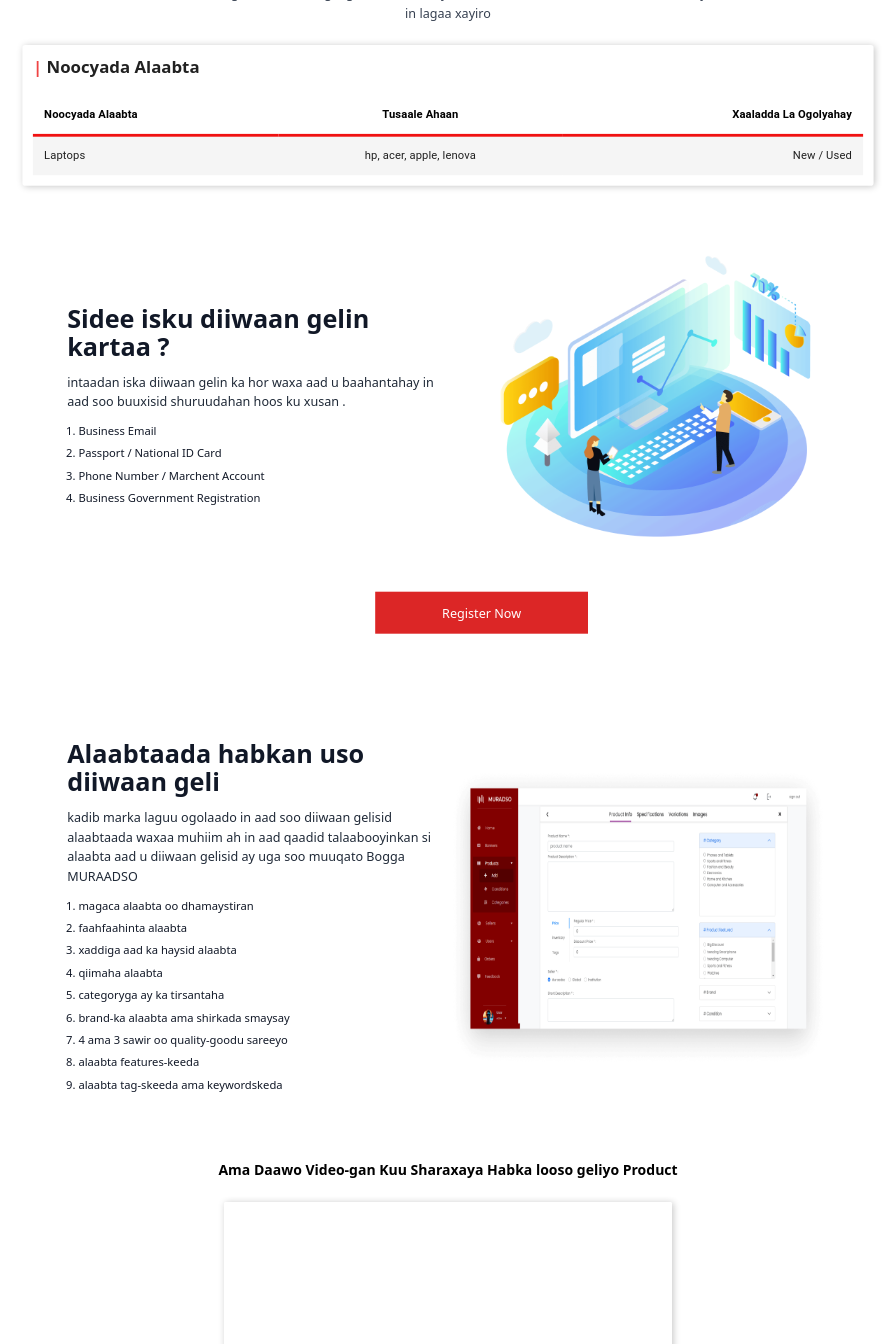
Repository: muraadso/Muraadso-Sellers
Page: /
These files come from the project's save history. The page is drawn as it stood at one moment and after the next save; the edit follows.
The browser window is 1280 px wide. The pictures show the part of the page from y = 3316 to 5236 px (the page is 7531 px tall before and 7978 px after), at 70% of full size.
The project was rebuilt for these pictures with package versions that can differ from the ones it lists, and the page was loaded fresh each time. The framework's server and built-in components were replaced by stand-ins that run in the browser. Also part of the build but not shown: next.config.js.

Above is the page before, as saved 2021-12-11 11:06:28.

### pages/_app.js
import '../styles/globals.css'
 import 'tailwindcss/tailwind.css'
import { Layout } from '../components/Layout'


function MyApp({ Component, pageProps }) {
  return (
    <Layout>
      <Component {...pageProps} />
    </Layout>
  )
}

export default MyApp

### styles/globals.css
@import url('https://fonts.googleapis.com/css2?family=Lato:ital,wght@0,300;0,400;0,700;0,900;1,700&family=Poppins:wght@200;300;400;500;600;700&display=swap');
html,
body {
  padding: 0 ;
  margin: 0;
  overflow-x: hidden !important;
  scroll-behavior: smooth;
}

a {
  color: inherit;
  text-decoration: none;
}

* {
  box-sizing: border-box;
}


.navbar {
  box-shadow: 2px 1px 7px rgba(0, 0, 0, 0.226);
  font-family: 'Poppins', sans-serif  ;
  font-weight: 500;

}
  .logo{
    font-family: 'Lato', sans-serif;
    font-weight: 700;
    color: rgb(233, 59, 59);
    font-size: 20px ;
  }
  .how-card{
    position: relative;
    box-shadow: 0 2px 10px rgba(0, 0, 0, 0.336) ;
  }
  .regimage{
    height: 500px;

  }
  .react-player {
    background-color: white !important;
    padding: 10px;
    box-shadow: 2px 1px 11px rgba(0, 0, 0, 0.226);
    border-radius: 2px;
  }
  .player-wrapper{
    overflow-x: hidden !important;
    /* width: 100% !important; */
  }


  .formcontainer{
    box-shadow: 2px 1px 11px rgba(0, 0, 0, 0.226);

  }



@media screen and  (max-width: 768px){
  .nav{
    padding-top: 40px;
    display: flex;
    flex-direction: column;

  }

  .how-card{
  margin-bottom: 25px;
}

.tablle{
  margin-bottom: 90px;
}
.tablle2{

}
 TableContainer{
   background-color: red;
   display: hidden;
 }
 .regimage{
    max-height: 300px;

  }
  .formcontainer{
    min-width: 110%;
  }

}




@tailwind base;
@tailwind components;
@tailwind utilities

### components/Hero.jsx
const Hero = () => {
    return (
        <div className="md:grid-cols-2 md:grid md:mt-11 hero">
                <div className="md:px-16 md:py-36 py-11 herotxt">
                    <h6 className="px-2 font-medium text-gray-500">ku iibi muraadso</h6>
                    <h1 className="my-5 text-3xl font-bold text-gray-800 capitalize md:font-bold md:text-gray-800 md:capitalize lg:text-6xl">sidee ugu iibin krtaa <br /> alaabtaada <span  className="text-red-600 md:text-red-600">muraadso</span></h1>

                    <p className="text-gray-700 md:text-left">
                         Whether you’ve already got an established e-commerce business , a great idea for a new product, or you just have a passion for selling, here’s how to take that next step with Muraadso </p>
                </div>

                <div className="heroimg">
                    <img className="w-4/4 "  src="/images/heroimage.png" alt="heroimage" />
                </div>
        </div>
    )
}

export default Hero

### components/About.jsx

const About = () => {
    return (
        <div className="mt-32">
            <h1 className="text-3xl font-bold text-center">Ku Iibso Muraadso</h1>
            <div className="gap-0 md:px-16 md:grid-cols-2 md:grid about-content">
                <div className="mt-12 aboutimg">
                  <img src="/images/aboutimage.png" className="md:h-96" alt="about image" />
                </div>
                <div className="md:mt-20 mt-11 about-text">
                    <p className="text-xl text-justify">
                        Muraadso waa hogaanka suuqa casriga ee online waana suuq aad ku iibin kartid alaabtaada, ahaw ganacsade alaabta sameeya, mid soo dajiya, si fudud ayaad ugu iibin kartaa suuqa casriga muraadso, sidoo kale ka mid noqo ganacsiyada shabakada internet ku iibiya alaabaha adiga oon ku kharash badan galin, kana faa’idaysanaya khubarada team ka muraadso helayana tobabaro iyo caawimo sidaad ugu iibin lahayd muraadso dhexdeeda Ku dhex iibta muraadso waa wax fudud sidoo kalena kharash yari kaaga bixi karo ama wax kharash ahi kaa baxayn, kaliya waxa lagaaga bahanyay in aad is diwaan galisid, kuna gurtid alaabta aad haysid online shirkada sidaana aad ku bilawdid iibka alaabtaada....<span className="text-red-600">Read More</span>
                    </p>
                </div>


            </div>
        </div>
    )
}

export default About

### components/Howtoreg.jsx
const Howtoreg = () => {
  return (
    <div className="flex flex-col md:p-16 howtoreg mb-11 md:mb-6 ">
      <div className="grid items-center justify-between md:grid-cols-2 registerdoc">
        <div className="space-y-4 regcontent">
          <h1 className="text-xl font-bold text-gray-900 md:text-4xl">Sidee isku diiwaan gelin kartaa ?</h1>
          <p className="text-lg text-gray-800 ">intaadan iska diiwaan gelin ka hor waxa aad u baahantahay in aad
            soo buuxisid shuruudahan hoos ku xusan .</p>
            <ol className="ml-4 space-y-2 font-medium text-gray-900 list-decimal">
              <li>Business Email</li>
              <li>Passport / National ID Card</li>
              <li>Phone Number / Marchent Account </li>
              <li>Business Government Registration</li>
            </ol>
        </div>
        <div className="flex items-center justify-end regimage">
          <img className="regimage" src="/images/registrationn.png" alt="" />
        </div>

      </div>
      <div className="flex flex-col items-center justify-center space-y-4 md:space-x-24 md:flex-row acceptterms">
        <div className="flex flex-row items-center justify-center check">
        </div>
        <div className="items-center justify-center text-center">
        <button className="items-center justify-center px-24 py-3 text-sm text-white bg-red-600 md:text-center md:text-lg md:px-24 md:py-4 ">Register Now</button>
        </div>
      </div>


    </div>
  )
}

export default Howtoreg

### components/Whatsell.jsx
import * as React from 'react';
import { styled } from '@mui/material/styles';
import Table from '@mui/material/Table';
import TableBody from '@mui/material/TableBody';
import TableCell, { tableCellClasses } from '@mui/material/TableCell';
import TableContainer from '@mui/material/TableContainer';
import TableHead from '@mui/material/TableHead';
import TableRow from '@mui/material/TableRow';
import Paper from '@mui/material/Paper';

const StyledTableCell = styled(TableCell)(({ theme }) => ({

  [`&.${tableCellClasses.head}`]: {
    backgroundColor: theme.palette.common.white,
    color: theme.palette.common.black,
    borderBottom: '4px solid rgb(240, 17, 17)' ,
    fontSize: '16px',
    fontWeight: '600',

  },
  [`&.${tableCellClasses.body}`]: {
    fontSize: 16,
  },
}));

const StyledTableRow = styled(TableRow)(({ theme }) => ({
  '&:nth-of-type(odd)': {
    backgroundColor: theme.palette.action.hover,


  },
  // hide last border
  '&:last-child td, &:last-child th': {
    border: 0,
  },
}));





function createData(noocaAlaabta, tusaale, xaaladda) {
  return { noocaAlaabta, tusaale, xaaladda };
}

const rows = [
  createData('Laptops', 'hp, acer, apple, lenova ', 'New / Used'),
  createData('Laptops', 'hp, acer, apple, lenova ', 'New / Used'),
  createData('Laptops', 'hp, acer, apple, lenova ', 'New / Used'),
  createData('Laptops', 'hp, acer, apple, lenova ', 'New / Used'),
  createData('Laptops', 'hp, acer, apple, lenova ', 'New / Used'),
  createData('Laptops', 'hp, acer, apple, lenova ', 'New / Used'),
  createData('Laptops', 'hp, acer, apple, lenova ', 'New / Used'),
  createData('Laptops', 'hp, acer, apple, lenova ', 'New / Used'),
  createData('Laptops', 'hp, acer, apple, lenova ', 'New / Used'),

];
const rows2 = [
    createData('Laptops', 'hp, acer, apple, lenova ', 'New / Used'),



];

export default function Whatsell() {
  return (
      <>
    <div className="flex flex-col items-center md:justify-center md:mb-36 tablle mb-11">
                <h1 className="text-xl font-bold text-center text-gray-900 md:text-3xl">Alaab Nocee ah ayaad iibin kartaa ?</h1>
                <p className="max-w-3xl mb-8 text-sm text-center text-gray-700 md:text-lg">Waxay ku xirantahy alaabta noceeda, xaaladda alaabta, Category-ga, iyo Brand-ka .
                table-ka hoos ku xusan waxa uu kutusayaa Categoriyada shirkaddu ay ogoshahay iibintooda
                iyo kuwa aysan ogolayn xaaladaha lagu iibinkaro </p>

            <TableContainer className="mw-screen-lg TableContainer" component={Paper} sx={{ padding: "15px", minWidth: 380 , maxWidth: 1500, boxShadow: '2px 1px 11px rgba(0, 0, 0, 0.226)' }}>
        <h1 className="mb-6 text-2xl font-bold "> <span className="font-black text-red-500 ">|</span> Noocyada Alaabta</h1>
      <Table sx={{ minWidth: 500 }} aria-label="customized table">
        <TableHead>
          <TableRow>
            <StyledTableCell>Noocyada Alaabta</StyledTableCell>
            <StyledTableCell align="center"> Tusaale Ahaan</StyledTableCell>
            <StyledTableCell align="right">Xaaladda La Ogolyahay</StyledTableCell>
          </TableRow>
        </TableHead>
        <TableBody>
          {rows.map((row) => (
            <StyledTableRow key={row.noocaAlaabta} sx={{backgroundColor: 'white'}}>
              <StyledTableCell component="th" scope="row">
                {row.noocaAlaabta}
              </StyledTableCell>
              <StyledTableCell   align="center">{row.tusaale}</StyledTableCell>
              <StyledTableCell align="right">{row.xaaladda}</StyledTableCell>
            </StyledTableRow>
          ))}
        </TableBody>
      </Table>
    </TableContainer>

    </div>

    <div className="flex flex-col items-center md:justify-center tablle ">
               <h1 className="text-xl font-bold text-center text-gray-900 md:text-3xl">Alaab Nocee ah ayaadan iibin karin ?</h1>
            <p className="max-w-3xl mb-8 text-sm text-center text-gray-700 md:text-lg">Dhamaan alaabta hoos ku xusan ma aha alaab laga ogol yahay shirkadda
                ama aad soo diiwaan galin kartid si lagaaga iibsado waxayna dhibaato
                ku keeni kartaa koontadaada iyo in lagaa xayiro</p>

            <TableContainer className="mw-screen-lg TableContainer" component={Paper} sx={{ padding: "15px", minWidth: 370 , maxWidth: 1500, boxShadow: '2px 1px 11px rgba(0, 0, 0, 0.226)' }}>
        <h1 className="mb-6 text-2xl font-bold "> <span className="font-black text-red-500 ">|</span> Noocyada Alaabta</h1>
      <Table sx={{ minWidth: 500 }} aria-label="customized table">
        <TableHead>
          <TableRow>
            <StyledTableCell>Noocyada Alaabta</StyledTableCell>
            <StyledTableCell align="center"> Tusaale Ahaan</StyledTableCell>
            <StyledTableCell align="right">Xaaladda La Ogolyahay</StyledTableCell>
          </TableRow>
        </TableHead>
        <TableBody>
          {rows2.map((row) => (
            <StyledTableRow key={row.noocaAlaabta} sx={{backgroundColor: 'white'}}>
              <StyledTableCell component="th" scope="row">
                {row.noocaAlaabta}
              </StyledTableCell>
              <StyledTableCell   align="center">{row.tusaale}</StyledTableCell>
              <StyledTableCell align="right">{row.xaaladda}</StyledTableCell>
            </StyledTableRow>
          ))}
        </TableBody>
      </Table>
    </TableContainer>

    </div>


     </>
  );
}

### components/Howtolist.jsx
import ReactPlayer from 'react-player'


const Howtoreg = () => {
  return (
    <div className="flex flex-col space-y-11 md:space-y-24 md:p-16 howtoreg">
      <div className="grid items-center justify-between md:grid-cols-2 registerdoc">
        <div className="space-y-4 regcontent">
          <h1 className="text-xl font-bold text-gray-900 md:text-4xl">Alaabtaada habkan uso diiwaan geli</h1>
          <p className="text-lg text-gray-800 ">kadib marka laguu ogolaado in aad soo diiwaan gelisid alaabtaada
waxaa muhiim ah in aad qaadid talaabooyinkan si alaabta aad
u diiwaan gelisid ay uga soo muuqato Bogga MURAADSO</p>
            <ol className="ml-4 space-y-2 font-medium text-gray-900 list-decimal">
              <li>magaca alaabta oo dhamaystiran</li>
              <li>faahfaahinta alaabta </li>
              <li>xaddiga aad ka haysid alaabta </li>
              <li>qiimaha alaabta </li>
              <li>categoryga ay ka tirsantaha</li>
              <li>brand-ka alaabta ama shirkada smaysay</li>
              <li>4 ama 3 sawir oo quality-goodu sareeyo</li>
              <li>alaabta features-keeda</li>
              <li>alaabta tag-skeeda ama keywordskeda</li>
            </ol>
        </div>
        <div className="flex items-center justify-end regimage">
          <img className="regimage" src="/images/dashboard.png" alt="" />
        </div>

      </div>

      <div className="flex flex-col items-center justify-center space-y-6 watch">
          <h1 className="text-lg font-medium text-center md:font-bold md:text-xl ">Ama Daawo Video-gan Kuu Sharaxaya Habka looso geliyo Product</h1>
         <div className='flex items-center justify-center w-screen p-2 overflow-x-hidden mx-11 player-wrapper'>
        <ReactPlayer
          className=' react-player'
          url='hhttps://www.youtube.com/watch?v=qS5MdsgyWb4&t=5s'
        style={{
            backgroundColor: '#ff0000'
        }}

        />
      </div>
      </div>




    </div>
  )
}

export default Howtoreg

### components/Reg.jsx
import TextField from '@mui/material/TextField';
import Checkbox from '@mui/material/Checkbox';
import FormControlLabel from '@mui/material/FormControlLabel';



const Reg = () => {
    return (
        <div className="container flex flex-col items-center justify-center md:w-screen md:px-11 mb-36 ">
            <h1 className="text-lg font-bold text-center md:text-3xl ">Nagu Soo Biir Macmiil</h1>
            <div className="flex flex-col items-center justify-center py-10 mt-24 bg-white rounded md:w-9/12 md:px-11 space-y-7 formcontainer">
            <h1 className="text-lg font-bold text-center md:text-3xl ">Is Diiwaan Geli</h1>
                <div className="grid w-5/6 grid-cols-1 md:grid-cols-2 gap-x-6 gap-y-7 form">
                  <TextField id="outlined-basic" label="First Name" variant="outlined" />
                  <TextField id="outlined-basic" label="Last Name" variant="outlined" />
                  <TextField id="outlined-basic" label="Magaalada" variant="outlined" />
                  <TextField id="outlined-basic" label="Address" variant="outlined" />
                  <TextField type="number" id="outlined-basic" label="Phone Number" variant="outlined" />
                  <TextField id="outlined-basic" label="Magaca Ganasiga" variant="outlined" />
                  <TextField id="outlined-basic" label="Noca Ganasiga" variant="outlined" />
                </div>

                <div className="flex flex-col items-center justify-center text-center">
                    <FormControlLabel className="mb-2" control={<Checkbox />} label="I accept the privacy and policy" />
                   <button
                    className="items-center justify-center px-24 py-3 text-sm text-white bg-red-600 md:text-center md:text-lg md:px-24 md:py-4 ">
                        Register Now
                    </button>
        </div>
            </div>





        </div>
    )
}

export default Reg

### components/Navbar.jsx
import React, { useState } from "react";
import { HiOutlineMenuAlt2, HiOutlineMenuAlt3 } from "react-icons/hi";



export default function Navbar() {
  const [showNav, setShowNav] = useState(false);

  return (
    <nav className="sticky top-0 z-20 items-center justify-between bg-white px-14 md:px-24 md:py-3 navbar md:flex">
      <div className="flex items-center justify-between">
        <a href="#">
          <h2>Muraadso</h2>
        </a>


        {showNav ? (
          <HiOutlineMenuAlt3
            onClick={() => setShowNav(!showNav)}
            className="block w-10 h-10 p-2 cursor-pointer md:hidden" />

        ) : (
          <HiOutlineMenuAlt2
            onClick={() => setShowNav(!showNav)}
            className="block w-10 h-10 p-2 cursor-pointer md:hidden"
          />
        )}
      </div>

      <ul
        className={
          (showNav ? "left-0" : "-left-full") +
          " md:static fixed bottom-0 md:ml-24 top-14 md:flex md:space-x-6 items-center md:bg-transparent bg-gray-700 rounded md:rounded-none md:bg-white bg-opacity-90 md:w-auto w-10/12 md:text-gray-800 text-white  md:space-y-0 space-y-5 p-2 transition-left nav"
        }
      >
        <a href="#"> Home</a>
        <a href="#"> About</a>
        <a href="#"> Doc</a>
        <a href="#"> Contact Us</a>
      <a className="px-4 py-2 text-white bg-red-600 rounded" href="">Signup</a>
      </ul>
    </nav>
  );
}

























// const Navbar = () => {
//     return (
//         <div>
//      <div className="sticky top-0 z-20 items-center justify-between bg-white md:flex navbar">
//          <a className="logo" href="#">Muraadso</a>
//          <nav className="fixed bottom-0 items-center w-10/12 p-2 space-y-5 text-white bg-gray-500 md:static top-12 md:flex md:space-x-7 md:bg-transparent bg-opacity-90 md:w-auto md:text-gray-500 md:space-y-0 transition-left nav">
//              <a className="hover:text-red-600" href="">Home</a>
//              <a className="hover:text-red-600" href="">About</a>
//              <a className="hover:text-red-600" href="">Doc</a>
//              <a className="hover:text-red-600" href="">Contact Us</a>
//          </nav>
//          <a href="#" className="px-4 py-2 text-white bg-red-600 rounded hover:bg-red-700 signup ">Signup</a>
//      </div>

//         </div>
//     )
// }

// export default Navbar

### components/Footer.jsx
import FacebookIcon from '@mui/icons-material/Facebook';
import InstagramIcon from '@mui/icons-material/Instagram';
import YouTubeIcon from '@mui/icons-material/YouTube';
import Divider from '@mui/material/Divider';
import CopyrightIcon from '@mui/icons-material/Copyright';





const Footer = () => {
    return (
        <div className="px-2 py-8 border md:px-24 md:py-16 bg-gray-50 space-y-7">
            <div className="flex flex-col items-center justify-between space-y-4 md:flex-row upper md-space-y-0">

            <div className="flex items-center space-x-5 md:space-x-7 justify-items-start footercontent">
                <a href="#">About Us</a>
                <a href="#">How it Works</a>
                <a href="#">Nagu Dooro</a>
                <a href="#">Register</a>

            </div>

            <div className="footericons space-x-7">
                <FacebookIcon sx={{ fontSize: 30, color: "#ff5e5b" }} />
                <InstagramIcon sx={{ fontSize: 30, color: "#ff5e5b" }} />
                <YouTubeIcon sx={{ fontSize: 30, color: "#ff5e5b" }} />
            </div>

            </div>
            <Divider className="text-red-600">Muraadso.com</Divider>

            <div className="flex flex-col items-center justify-between space-y-3 md:space-y-0 md:flex-row bottom">
                <a href="#"> <CopyrightIcon className="items-center" sx={{fontSize: 15}} /> 2021 Muraadso.All rights reserved. </a>
                <div className="space-x-8 term">
                <a href="#">Privacy Policy</a>
                <a href="#">Terms Of Service</a>
                </div>


            </div>

        </div>
    )
}

export default Footer

Loaded but not shown: styles/Home.module.css (common file); pages/index.js (32 lines, source omitted); tailwind.config.js (18 lines, source omitted); components/Layout.js (15 lines, source omitted); components/Whyus.jsx (70 lines, source omitted); components/How.jsx (66 lines, source omitted)

After the next save:
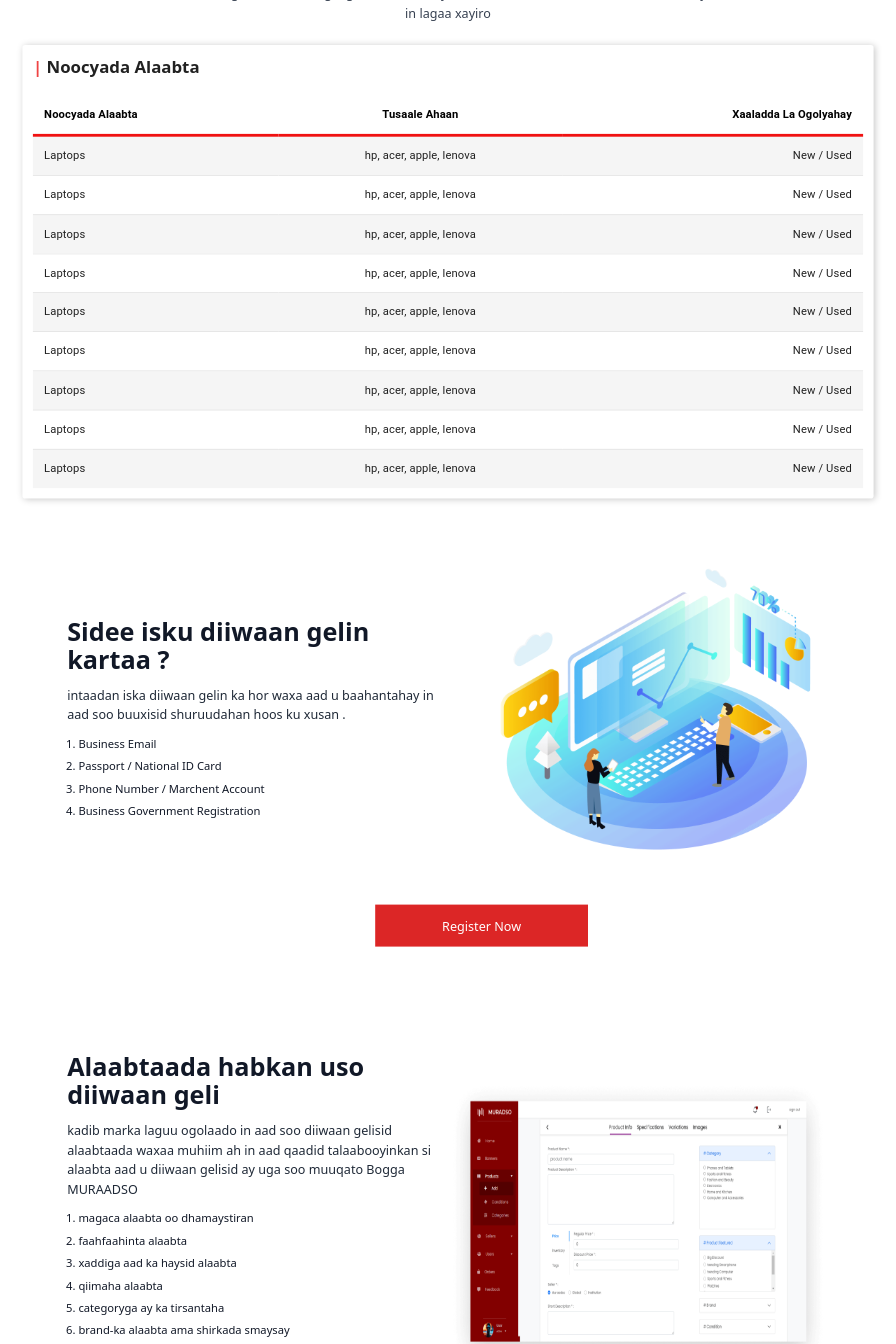
Saved 61 s later.
--- a/components/Whatsell.jsx
+++ b/components/Whatsell.jsx
@@ -55,12 +55,6 @@ const rows = [
   createData('Laptops', 'hp, acer, apple, lenova ', 'New / Used'),
 
 ];
-const rows2 = [
-    createData('Laptops', 'hp, acer, apple, lenova ', 'New / Used'),
-
-
-
-];
 
 export default function Whatsell() {
   return (
@@ -114,7 +108,7 @@ export default function Whatsell() {
           </TableRow>
         </TableHead>
         <TableBody>
-          {rows2.map((row) => (
+          {rows.map((row) => (
             <StyledTableRow key={row.noocaAlaabta} sx={{backgroundColor: 'white'}}>
               <StyledTableCell component="th" scope="row">
                 {row.noocaAlaabta}
